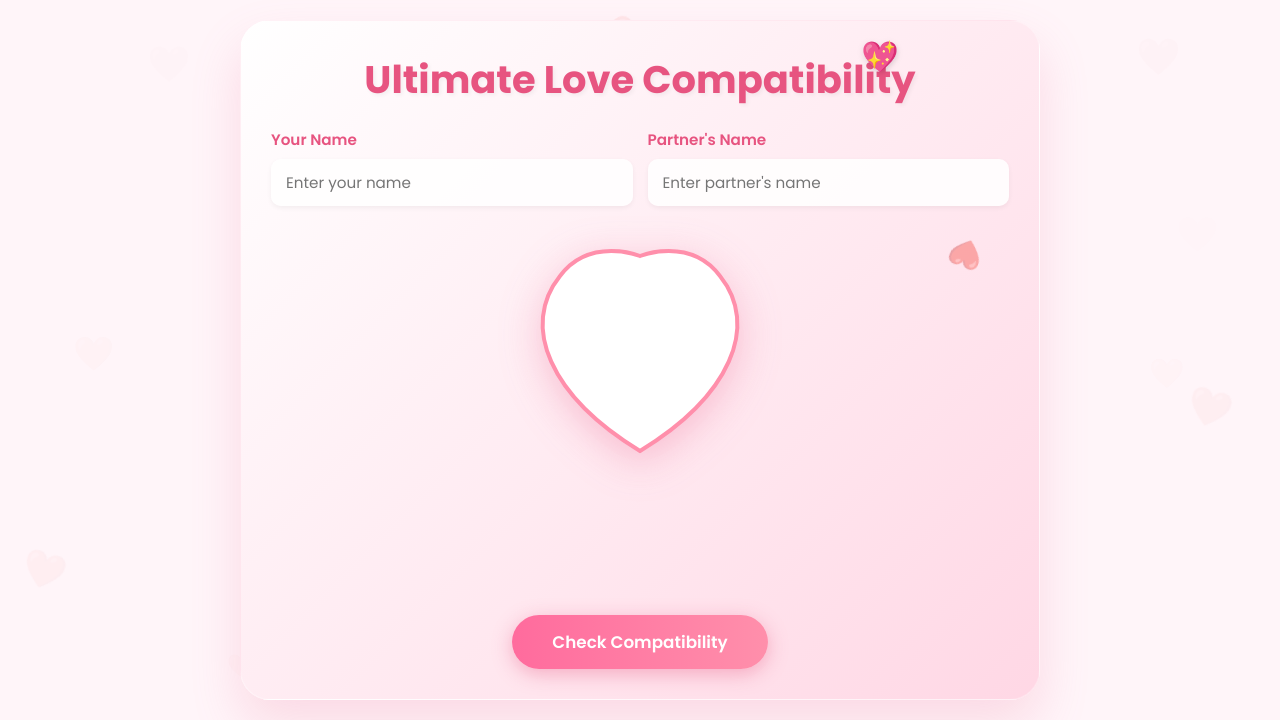
Repository: zhr-nabila/cek-jodoh
Page: index.html
These files come from the project's save history. The page is drawn as it stood at one moment and after the next save; the edit follows.
The browser window is 1280 px wide. The pictures show the whole page.

Above is the page before, as saved 2025-05-23 20:04:45.

After the next save:
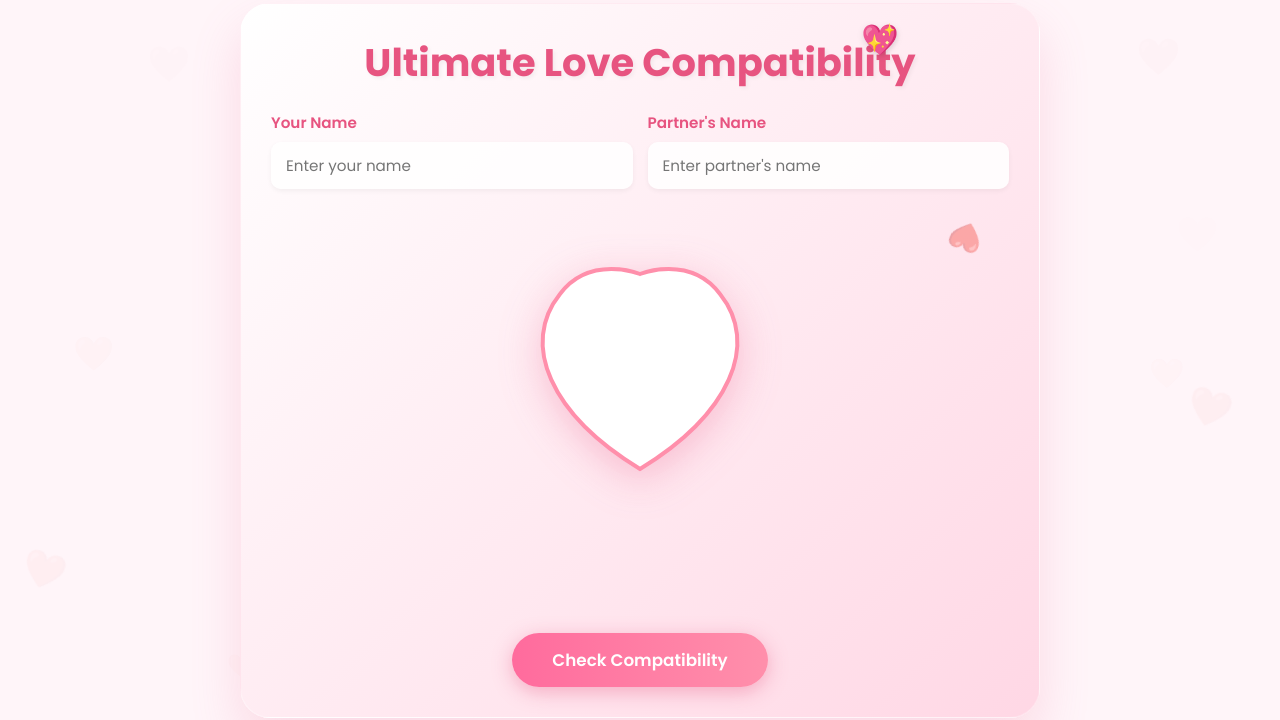
Saved 12 min 5 s later.
--- a/index.html
+++ b/index.html
@@ -442,6 +442,15 @@
                 <input type="text" id="name2" placeholder="Enter partner's name">
             </div>
         </div>
+
+        <svg width="0" height="0">
+  <defs>
+    <clipPath id="loveClip" clipPathUnits="objectBoundingBox">
+      <path d="M0.5,1 C0.125,0.75,0,0.4,0.167,0.167 C0.292,0,0.5,0.1,0.5,0.1 S0.708,0,0.833,0.167 C1,0.4,0.875,0.75,0.5,1 Z" />
+    </clipPath>
+  </defs>
+</svg>
+
 
         <div class="result-section">
             <div class="love-container">
